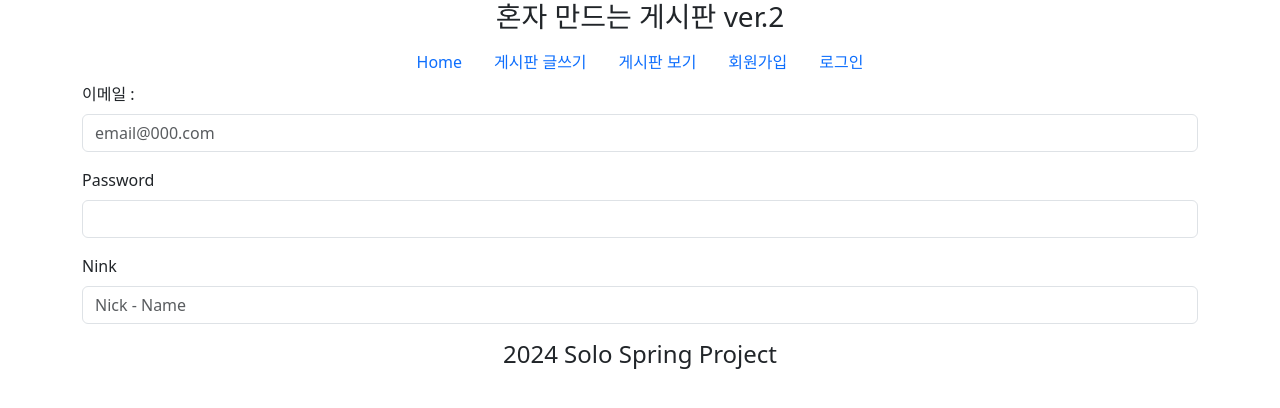
Repository: nefer2/Spring_test
Page: http://localhost/spring_test7/WEB-INF/views/member/register.jsp
The author's editor kept a copy of each file at every save. The page is drawn from the files as they stood at one save, then again after the next save.
The browser window is 1280 px wide. The pictures show the whole page.
The page is served by Tomcat 9. Nobody is signed in. Other server files are loaded and not shown. The template is opened directly, without the code that normally fills it, so the values that code supplies are empty.

Above is the page before, as saved 2024-01-19 05:30:15.

### spring_test7/src/main/webapp/WEB-INF/views/member/register.jsp
<%@ page language="java" contentType="text/html; charset=UTF-8"
	pageEncoding="UTF-8"%>
<%@ taglib uri="http://java.sun.com/jsp/jstl/core" prefix="c"%>

<jsp:include page="../layout/header.jsp"></jsp:include>
<jsp:include page="../layout/navbar.jsp"></jsp:include>

<div class="container-md">


<form action="/member/register" method="post">
	<div class="mb-3">
		<label for="email" class="form-label">이메일 : </label>
		<input type="email" name="email" class="form-control" id="email" placeholder="email@000.com">
	</div>
	<div class="mb-3">
		<label for="password" class="form-label">Password</label>
		<input type="password" name="pwd" class="form-control" id="pwd" >
	</div>
	<div class="mb-3">
		<label for="nickName" class="form-label">Nink</label>
		<input type="text" name="nickName" class="form-control" id="nickName" placeholder="Nick - Name">
	</div>








</form>
</div>
<jsp:include page="../layout/footer.jsp"></jsp:include>

### spring_test7/src/main/webapp/WEB-INF/views/layout/header.jsp
<%@ page language="java" contentType="text/html; charset=UTF-8"
    pageEncoding="UTF-8"%>
<!DOCTYPE html>
<html>
<head>
<h3 style="text-align: center;">혼자 만드는 게시판 ver.2</h3>
</head>

### spring_test7/src/main/webapp/WEB-INF/views/layout/navbar.jsp
<%@ page language="java" contentType="text/html; charset=UTF-8"
    pageEncoding="UTF-8"%>


<script src="https://cdn.jsdelivr.net/npm/bootstrap@5.3.1/dist/js/bootstrap.bundle.min.js" integrity="sha384-HwwvtgBNo3bZJJLYd8oVXjrBZt8cqVSpeBNS5n7C8IVInixGAoxmnlMuBnhbgrkm" crossorigin="anonymous"></script>
<link href="https://cdn.jsdelivr.net/npm/bootstrap@5.3.1/dist/css/bootstrap.min.css" rel="stylesheet" integrity="sha384-4bw+/aepP/YC94hEpVNVgiZdgIC5+VKNBQNGCHeKRQN+PtmoHDEXuppvnDJzQIu9" crossorigin="anonymous">


<ul class="nav justify-content-center">

  <li class="nav-item">
    <a class="nav-link active" aria-current="page" href="/">Home</a>
  </li>
  <li class="nav-item">
    <a class="nav-link" href="/board/register">게시판 글쓰기</a>
  </li>
  <li class="nav-item">
    <a class="nav-link" href="/board/list">게시판 보기</a>
  </li>
    <li class="nav-item">
    <a class="nav-link" href="#">회원가입</a>
  </li>
    <li class="nav-item">
    <a class="nav-link" href="#">로그인</a>
  </li>
</ul>

### spring_test7/src/main/webapp/WEB-INF/views/layout/footer.jsp
<%@ page language="java" contentType="text/html; charset=UTF-8"
    pageEncoding="UTF-8"%>




<div><h4 style="text-align: center;">2024 Solo Spring Project</h4></div>

</body>
</html>

After the next save:
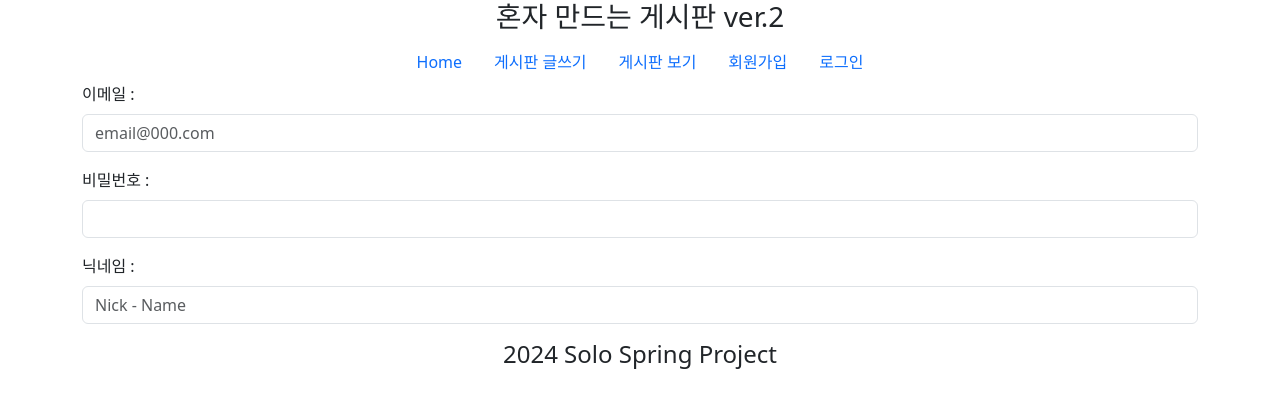
Saved 6 s later.
--- a/spring_test7/src/main/webapp/WEB-INF/views/member/register.jsp
+++ b/spring_test7/src/main/webapp/WEB-INF/views/member/register.jsp
@@ -14,11 +14,11 @@
 		<input type="email" name="email" class="form-control" id="email" placeholder="email@000.com">
 	</div>
 	<div class="mb-3">
-		<label for="password" class="form-label">Password</label>
+		<label for="password" class="form-label">비밀번호 :</label>
 		<input type="password" name="pwd" class="form-control" id="pwd" >
 	</div>
 	<div class="mb-3">
-		<label for="nickName" class="form-label">Nink</label>
+		<label for="nickName" class="form-label">닉네임 : </label>
 		<input type="text" name="nickName" class="form-control" id="nickName" placeholder="Nick - Name">
 	</div>
 
